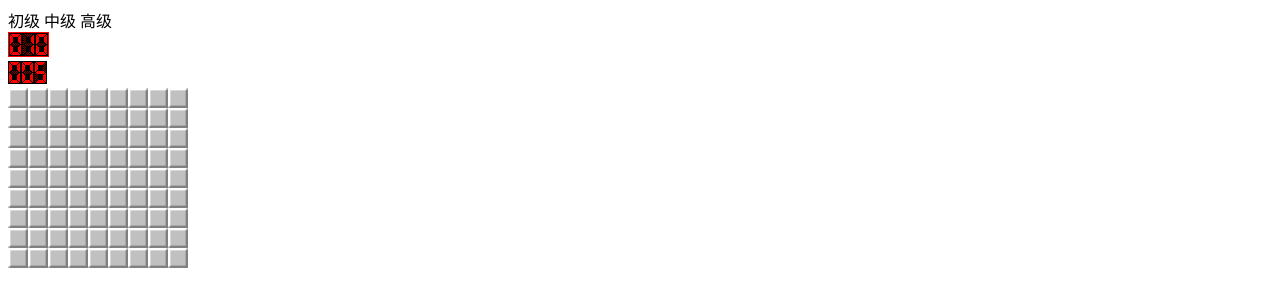
Repository: vLinv/MineSweeper
Page: index.html
An editor plug-in stored every save of this project. The page is shown before and after the next save, followed by the edit.
The browser window is 1280 px wide. The pictures show the whole page.

Above is the page before, as saved 2022-02-18 11:47:31.

### index.html
<!DOCTYPE html>
<html lang="en">

<head>
  <meta charset="UTF-8">
  <meta http-equiv="X-UA-Compatible" content="IE=edge">
  <meta name="viewport" content="width=device-width, initial-scale=1.0">
  <title>MineSweeper</title>
</head>

<body>
  <div class="level_select">
    <span onclick="changeLevel('primary')">初级</span>
    <span onclick="changeLevel('intermediate')">中级</span>
    <span onclick="changeLevel('advanced')">高级</span>
  </div>
  <div class="game_wrap">
    <div class="header_wrap">
      <canvas id="mineNumCanvas" width="39" height="23" style="border: 1px solid red;"></canvas>
      <div class="face_btn"></div>
      <canvas id="timeCanvas" width="39" height="23"></canvas>
    </div>
    <div class="section_wrap">
      <canvas id="canvas" width="180" height="180"></canvas>
    </div>
  </div>
  <script>
    /** @type {HTMLCanvasElement} */
    // 游戏canvas
    const canvasNode = document.getElementById('canvas')
    const ctx = canvasNode.getContext('2d')
    // mineNum与timer Canvas
    const mineNumNode = document.getElementById('mineNumCanvas')
    const timerNode = document.getElementById('timeCanvas')
    const mineNumCtx = mineNumNode.getContext('2d')
    const timerCtx = timerNode.getContext('2d')

    // 存储图片路径（name, url）
    const imgArr = new Map();
    // 存储已加载好的图片 (name, img)
    const imgArrElement = new Map();
    // 资源是否加载完成
    let sourceInit = false;

    let mineSweeper = null;

    const MAP_LEVEL = {
      'primary': {
        mapSize: [9, 9],
        mineNum: 10
      },
      'intermediate': {
        mapSize: [16, 16],
        mineNum: 40
      },
      'advanced': {
        mapSize: [16, 30],
        mineNum: 90
      }
    }

    function initImage() {
      imgArr.set('ask', './img/ask.gif')
      imgArr.set('blank', './img/blank.gif')
      imgArr.set('blood', './img/blood.gif')
      imgArr.set('flag', './img/flag.gif')
      imgArr.set('mine', './img/mine.gif')
      for (let i = 0; i <= 8; i++) {
        imgArr.set(i, './img/' + i + '.gif')
      }
      for (let i = 0; i <= 9; i++) {
        imgArr.set('num_' + i, './img/num_' + i + '.jpg');
      }
      const loadImage = (url) => {
        return new Promise((reslove) => {
          let img = new Image();
          img.onload = () => reslove(img)
          img.src = url
        })
      }
      const promiseArr = [];
      // 获取所有图片的promise对象并使用promise.all进行加载
      [...imgArr.keys()].forEach(e => {
        promiseArr.push(loadImage(imgArr.get(e)))
      });
      sourceInit = true;
      return Promise.all(promiseArr)
    }

    // 开始游戏
    async function startGame() {
      if (!sourceInit) {
        const res = await initImage()
        const keys = [...imgArr.keys()];
        res.forEach((item, index) => {
          imgArrElement.set(String(keys[index]), item)
        })
      }
      mineSweeper = new MineSweeper();
      mineSweeper.initGame();
    }

    class MineSweeper {
      constructor() {
        this.level = 'primary'
        this.map = [];
        this.mapSizeX = 0;
        this.mapSizeY = 0;
        this.mineNum = 0;
        this.bombList = [];
        this.flagList = [];
        this.problemList = [];
        this.isGameOver = false;
        this.mineNumCanvas = mineNumCtx;
        this.timerCanvas = timerCtx;
        this.timer = null;
        this.time = 0;
      }

      initGame() {
        const {
          mapSize,
          mineNum
        } = MAP_LEVEL[this.level]
        this.mapSizeX = mapSize[0];
        this.mapSizeY = mapSize[1];
        this.mineNum = mineNum;
        this.buildMap();
        this.buildBomb();
        this.drawMap();
        this.drawGameInfo(this.mineNum, this.mineNumCanvas);
        this.drawGameInfo(this.time, this.timerCanvas)
        this.timer = setInterval(() => {
          this.time += 1;
          this.drawGameInfo(this.time, this.timerCanvas)
        }, 1000)
      }

      buildMap() {
        for (let i = 0; i < this.mapSizeY; i++) {
          this.map.push(new Array(this.mapSizeX).fill(-1))
        }
      }

      buildBomb() {
        let curBomb = 0;
        while (curBomb < this.mineNum) {
          let xPos = Number.parseInt(Math.random() * this.mineNum);
          let yPos = Number.parseInt(Math.random() * this.mineNum);
          if (this.bombList.find(item => {
              return xPos === item[0] && yPos === item[1]
            }) === undefined) {
            this.bombList.push([xPos, yPos])
            curBomb++;
          }
        }
      }
      // 绘制
      drawMap() {
        const blankImg = imgArrElement.get('blank')
        const flag = imgArrElement.get('flag')

        for (let i = 0; i < this.mapSizeX; i++) {
          for (let j = 0; j < this.mapSizeY; j++) {
            if (this.map[i][j] === -1) {
              ctx.drawImage(blankImg, 0, 0, blankImg.width, blankImg.height, 20 * i, 20 * j, 20, 20)
            } else if (this.map[i][j] >= 0) {
              const numImg = imgArrElement.get(this.map[i][j] + '')
              ctx.drawImage(numImg, 0, 0, numImg.width, numImg.height, 20 * i, 20 * j, 20, 20)
            }
            if (this.posInflagList(i, j) !== -1) {
              ctx.drawImage(flag, 0, 0, flag.width, flag.height, 20 * i, 20 * j, 20, 20)
            }
          }
        }
      }

      drawAllBomb(xPos, yPos) {
        const blood = imgArrElement.get('blood')
        const mine = imgArrElement.get('mine')
        // 绘制所有地雷
        this.bombList.forEach(e => {
          if (e[0] === xPos && e[1] === yPos) {
            ctx.drawImage(blood, 0, 0, blood.width, blood.height, 20 * e[0], 20 * e[1], 20, 20)
          } else {
            ctx.drawImage(mine, 0, 0, mine.width, mine.height, 20 * e[0], 20 * e[1], 20, 20)
          }
        })
      }


      // 绘制地雷数与计时器
      drawGameInfo(num, ctx) {
        // 将num转换为3位数字
        const tmpArr = new Array(3).fill(0);
        const arr = [...num + '']
        while (arr.length < 3) {
          arr.unshift('0')
        }
        for (let i = 0; i < 3; i++) {
          ctx.drawImage(imgArrElement.get('num_' + arr[i]), i * 13, 0)
        }
      }

      // 获取(xPos, yPos)周围八格位置
      getAroundGrid(xPos, yPos) {
        const pos = [-1, 0, 1];
        const around = [];
        for (let i = 0; i < pos.length; i++) {
          let tmpxPos = xPos + pos[i];
          // 边界
          if (tmpxPos < 0 || tmpxPos >= this.mapSizeX) {
            continue
          }
          for (let j = 0; j < pos.length; j++) {
            let tmpyPos = yPos + pos[j];
            if (tmpyPos < 0 || tmpyPos >= this.mapSizeY || (tmpxPos === xPos && tmpyPos === yPos)) {
              continue
            }
            around.push([tmpxPos, tmpyPos])
          }
        }
        return around;
      }

      // 点击(xPos, yPos)操作
      clickPos(xPos, yPos) {
        // 判断游戏是否结束
        if (this.posInBombList(xPos, yPos)) {
          this.gameOver(xPos, yPos);
          return;
        }
        const queue = []
        queue.push([xPos, yPos]);
        while (queue.length > 0) {
          let tmpNode = queue.shift()
          let tmpxPos = tmpNode[0],
            tmpyPos = tmpNode[1]
          // 该点为雷或已经打开则跳过
          if (this.posInBombList(tmpxPos, tmpyPos) || this.map[tmpxPos][tmpyPos] >= 0) {
            continue;
          }
          const around = this.getAroundGrid(tmpxPos, tmpyPos, this.map.length)
          // around中有几个雷
          let bombNum = 0
          around.forEach(x => {
            this.bombList.forEach(y => {
              if (x[0] === y[0] && x[1] === y[1]) {
                bombNum++;
              }
            })
          })
          this.map[tmpxPos][tmpyPos] = bombNum;
          // 如果周围没有雷，则继续打开周围坐标
          if (bombNum === 0) {
            queue.push(...around)
          }
        }
        this.drawMap()
      }

      // 游戏结束操作
      gameOver(xPos, yPos) {
        this.drawAllBomb(xPos, yPos)
        this.isGameOver = true;
      }

      // (xPos, yPos)是否为雷
      posInBombList(xPos, yPos) {
        // true: 存在
        return this.bombList.find(item => {
          return xPos === item[0] && yPos === item[1]
        }) !== undefined
      }

      // (xPos, yPos)是否被标记
      posInflagList(xPos, yPos) {
        return this.flagList.findIndex(item => {
          return xPos === item[0] && yPos === item[1]
        })
      }

      // 判断游戏是否胜利
      checkGameWin() {
        // 剩余未打开格子都存在于bombList中
        for (let i = 0; i < this.mapSizeX; i++) {
          for (let j = 0; j < this.mapSizeY; j++) {
            let tmpGrid = this.map[i][j]
            if (tmpGrid < 0 && !this.posInBombList(i, j)) {
              return false;
            }
          }
        }
        return true;
      }

      // 标记(xPos, yPos)
      signBomb(xPos, yPos) {
        const pos = this.posInflagList(xPos, yPos)
        if (pos !== -1) {
          this.flagList.splice(pos, 1)
        } else {
          this.flagList.push([xPos, yPos])
        }
        this.drawMap()
      }

      // 改变等级
      changeLevel(level) {

      }
    }

    // 监听点击事件
    document.addEventListener('click', e => {
      if (e.target !== canvas || mineSweeper.isGameOver) {
        return;
      }
      mineSweeper.clickPos(Number.parseInt(e.offsetX / 20), Number.parseInt(e.offsetY / 20))
    })

    // 监听右键事件
    document.oncontextmenu = e => {
      if (e.target !== canvas || mineSweeper.isGameOver) {
        return false;
      }
      const xPos = Number.parseInt(Number.parseInt(e.offsetX / 20)),
        yPos = Number.parseInt(Number.parseInt(e.offsetY / 20))
      mineSweeper.signBomb(xPos, yPos)
    };
    startGame();
  </script>
</body>

</html>

After the next save:
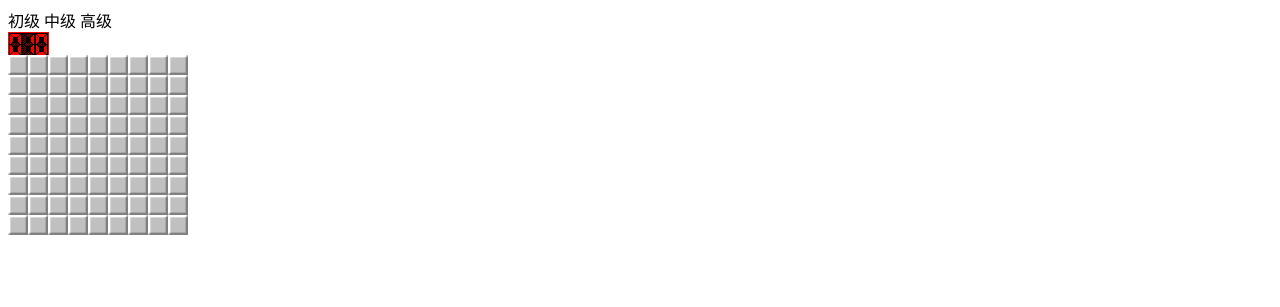
Saved 44 s later.
--- a/index.html
+++ b/index.html
@@ -24,6 +24,12 @@
       <canvas id="canvas" width="180" height="180"></canvas>
     </div>
   </div>
+  <style>
+    .header_wrap{
+      width: 180px;
+      height: 23px;
+    }
+  </style>
   <script>
     /** @type {HTMLCanvasElement} */
     // 游戏canvas
